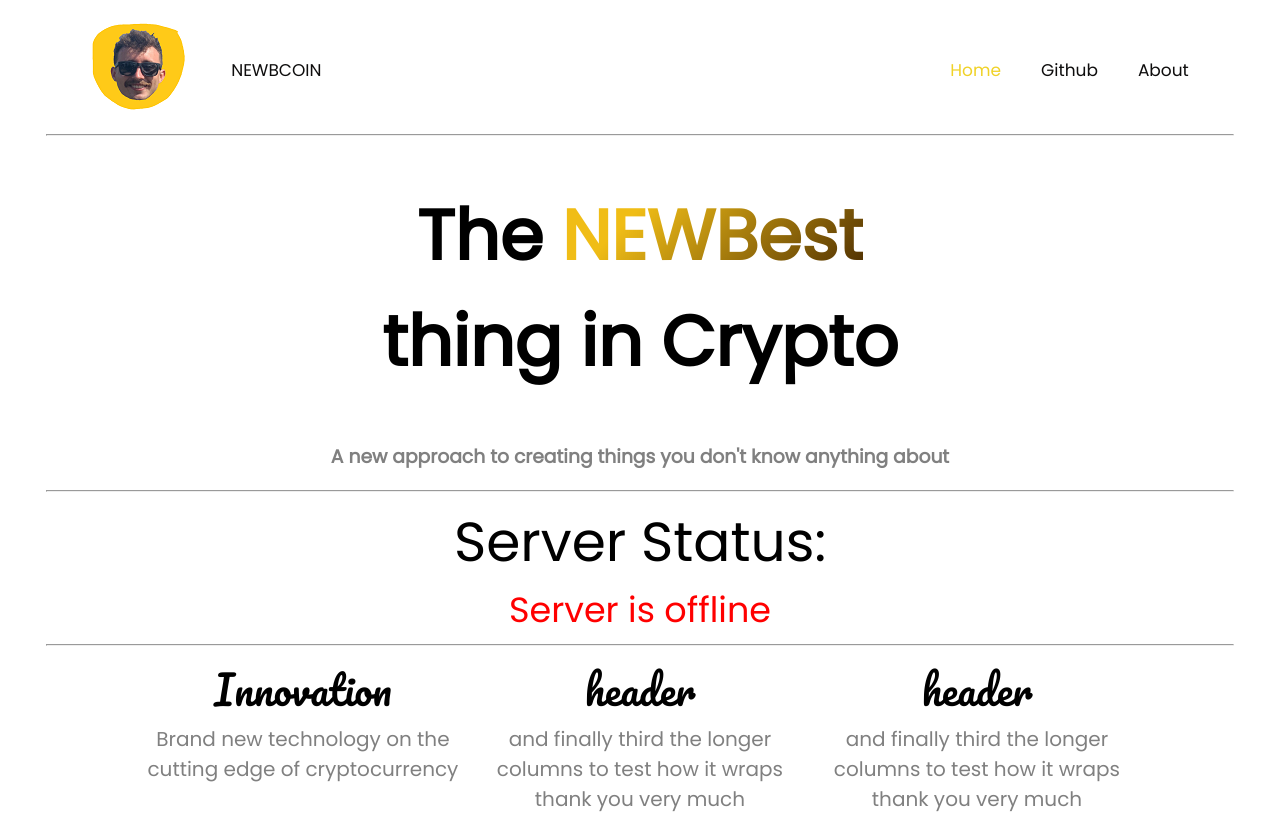
Repository: heartcut/NEWBCOINsite
Page: index.html
An editor plug-in stored every save of this project. The page is shown before and after the next save, followed by the edit.
The browser window is 1280 px wide. The pictures show the whole page.
The page's requests for data from a server got no answer.

Above is the page before, as saved 2022-02-09 02:24:29.

### index.html
<!doctype html>

<html lang="en">

<head>
    <meta charset="utf-8">
    <meta name="viewport" content="width=device-width, initial-scale=1">

    <title>NEWBCOIN</title>
    <meta name="description" content="A simple HTML5 Template for new projects.">
    <meta name="author" content="SitePoint">

    <meta property="og:title" content="NEWBCOIN">
    <meta property="og:type" content="website">
    <meta property="og:url" content="https://www.sitepoint.com/a-basic-html5-template/">
    <meta property="og:description" content="A simple HTML5 Template for new projects.">
    <meta property="og:image" content="image.png">

    <link rel="icon" type="image/png" href="favicon-32x32.png">

    <link rel="stylesheet" href="styles.css">

    <link rel="preconnect" href="https://fonts.googleapis.com">
    <link rel="preconnect" href="https://fonts.gstatic.com" crossorigin>
    <link href="https://fonts.googleapis.com/css2?family=Pacifico&family=Poppins:wght@100;400&display=swap"
        rel="stylesheet">
</head>

<body style="font-family:'Poppins', sans-serif;">
    <div class="topnav">
        <img src="newbcoinlogo.png" id="navbarleft" style="vertical-align:middle;" alt="logo" />

        <a href="#news" id="navbarleft">
            NEWBCOIN
        </a>


        <a href="#contact">About</a>
        <a href="#about">Github</a>
        <a class="active" href="#home">Home</a>
    </div>
    <hr style="margin-left: 3%;margin-right: 3%;color:rgb(168, 168, 163)">


    <h1 style="text-align: center;font-size: 70px;">
        The
        <span
            style="background: -webkit-linear-gradient(315deg,#f0bd16 25%,#462801);background-clip: text;-webkit-background-clip: text;-webkit-text-fill-color: transparent;">
            NEWBest</span>
        <div>thing in Crypto</div>

    </h1>
    <h3 style="text-align: center;color: grey;">A new approach to creating things you don't know anything about</h3>
    <hr style="margin-left: 3%;margin-right: 3%;color:rgb(168, 168, 163)">


    <div style="text-align: center;font-size: 55px;">Server Status:</div>
    <div style="text-align: center;font-size: 35px;" class="statusofserver">Checking Server Status...</div>

    <hr style="margin-left: 3%;margin-right: 3%;color:rgb(168, 168, 163)">

    <div class="featuresrow" style="text-align: center;margin-left: 10%;margin-right: 10%;">
        <div class="featurescolumn">
            <div style="font-size: 40px;font-family: 'Pacifico', cursive">Innovation</div>
            <div style="font-size: 20px;color: grey;">
                Brand new technology on the cutting edge of cryptocurrency
            </div>
        </div>
        <div class="featurescolumn">
            <div style="font-size: 40px;font-family: 'Pacifico', cursive">header</div>
            <div style="font-size: 20px;color: grey;">
                and finally third the longer columns to test how it wraps thank you very much
            </div>
        </div>
        <div class="featurescolumn">
            <div style="font-size: 40px;font-family: 'Pacifico', cursive">header</div>
            <div style="font-size: 20px;color: grey;">
                and finally third the longer columns to test how it wraps thank you very much
            </div>
        </div>
    </div>

    <script src="scripts.js"></script>
</body>

</html>

### styles.css
/* Add a black background color to the top navigation */
.topnav {
  overflow: hidden;
  padding-left: 5%;
  padding-right: 5%;
  }

  /* Style the links inside the navigation bar */
  .topnav a,img {
    float: right;
    color: #0e0d0d;
    padding: 15px 20px;
    text-decoration: none;
    text-align: center;
    font-size: 17px;

  }
  .topnav a {
    margin-top: 34px;

  }
  /* Change the color of links on hover */
  .topnav a:hover {
    color: rgb(240, 210, 40);
  }
 #navbarleft{
     float: left;
 }
  /* Add a color to the active/current link */
  .topnav a.active {
    color: rgb(240, 210, 40);
  }

  .featurescolumn {
    float: left;
    width: 33.33%;
  }

  /* Clear floats after the columns */
  .featuresrow:after {
    content: "";
    display: table;
    clear: both;
  }

### scripts.js

window.onload = function () {
    //collection[0].innerHTML = "Server is online";
    getstatus();

};

async function getstatus() {
    try {
        var uri = 'http://google.com'
        //var uri = 'http://127.0.0.1:5000/api/statuscheck/'
        var xhr = new XMLHttpRequest();
        xhr.open("GET", uri, false);
        xhr.send(null);
        const collection = document.getElementsByClassName("statusofserver");
        collection[0].innerHTML = "Server is online";
        collection[0].style.color = "green";
    }
    catch (err) {
        //is offline

        const collection = document.getElementsByClassName("statusofserver");
        collection[0].innerHTML = "Server is offline";
        collection[0].style.color = "red";
    }

    // if (xhr.status == 200) {
    //     //is online
    //     const collection = document.getElementsByClassName("statusofserver");

    //     collection[0].innerHTML = "Server is online";
    //     collection[0].style.color = "green";
    // }
    // else {
    //     //is offline
    //     const collection = document.getElementsByClassName("statusofserver");

    //     collection[0].innerHTML = "Server is offline";
    //     collection[0].style.color = "red";
    // }

}

After the next save:
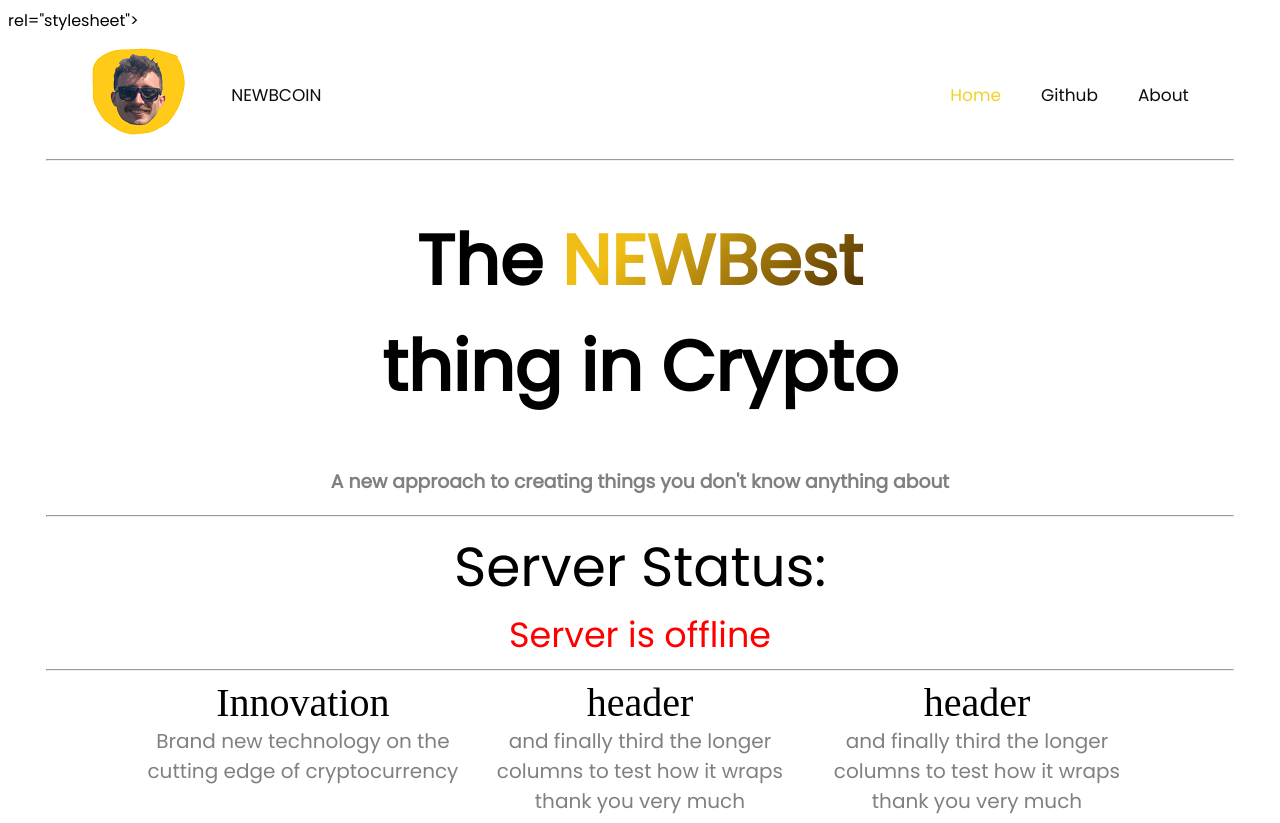
Saved 41 s later.
--- a/index.html
+++ b/index.html
@@ -22,8 +22,9 @@
 
     <link rel="preconnect" href="https://fonts.googleapis.com">
     <link rel="preconnect" href="https://fonts.gstatic.com" crossorigin>
-    <link href="https://fonts.googleapis.com/css2?family=Pacifico&family=Poppins:wght@100;400&display=swap"
+    <link href="https://fonts.googleapis.com/css2?family=Abril+Fatface&family=Poppins:wght@100;400&display=swap"
         rel="stylesheet">
+    rel="stylesheet">
 </head>
 
 <body style="font-family:'Poppins', sans-serif;">
